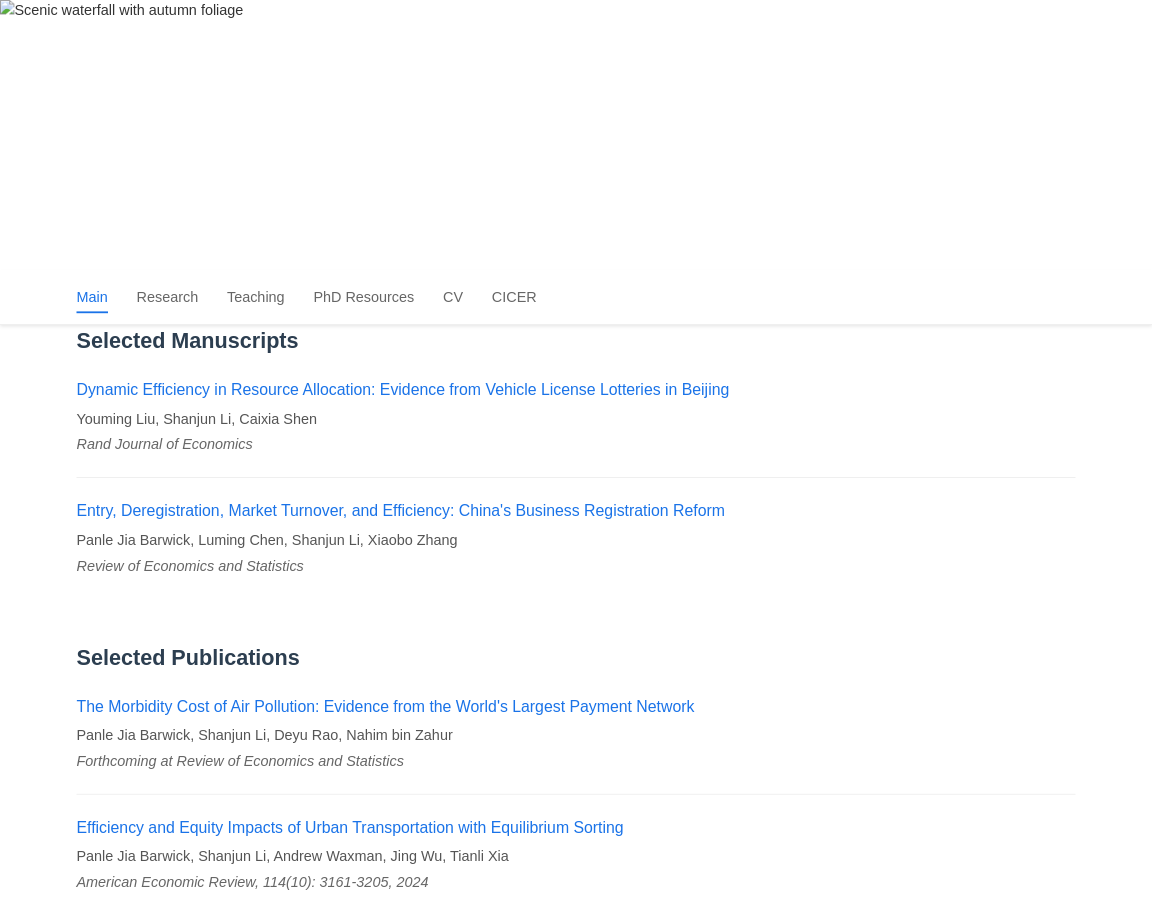
Repository: huang-heavenly-Emperor/k1_project
Page: index.html
An editor plug-in stored every save of this project. The page is shown before and after the next save, followed by the edit.
The browser window is 1280 px wide. The pictures show the whole page, at 90% of full size.

Above is the page before, as saved 2024-11-17 02:46:48.
Not found: waterfall.jpg

After the next save:
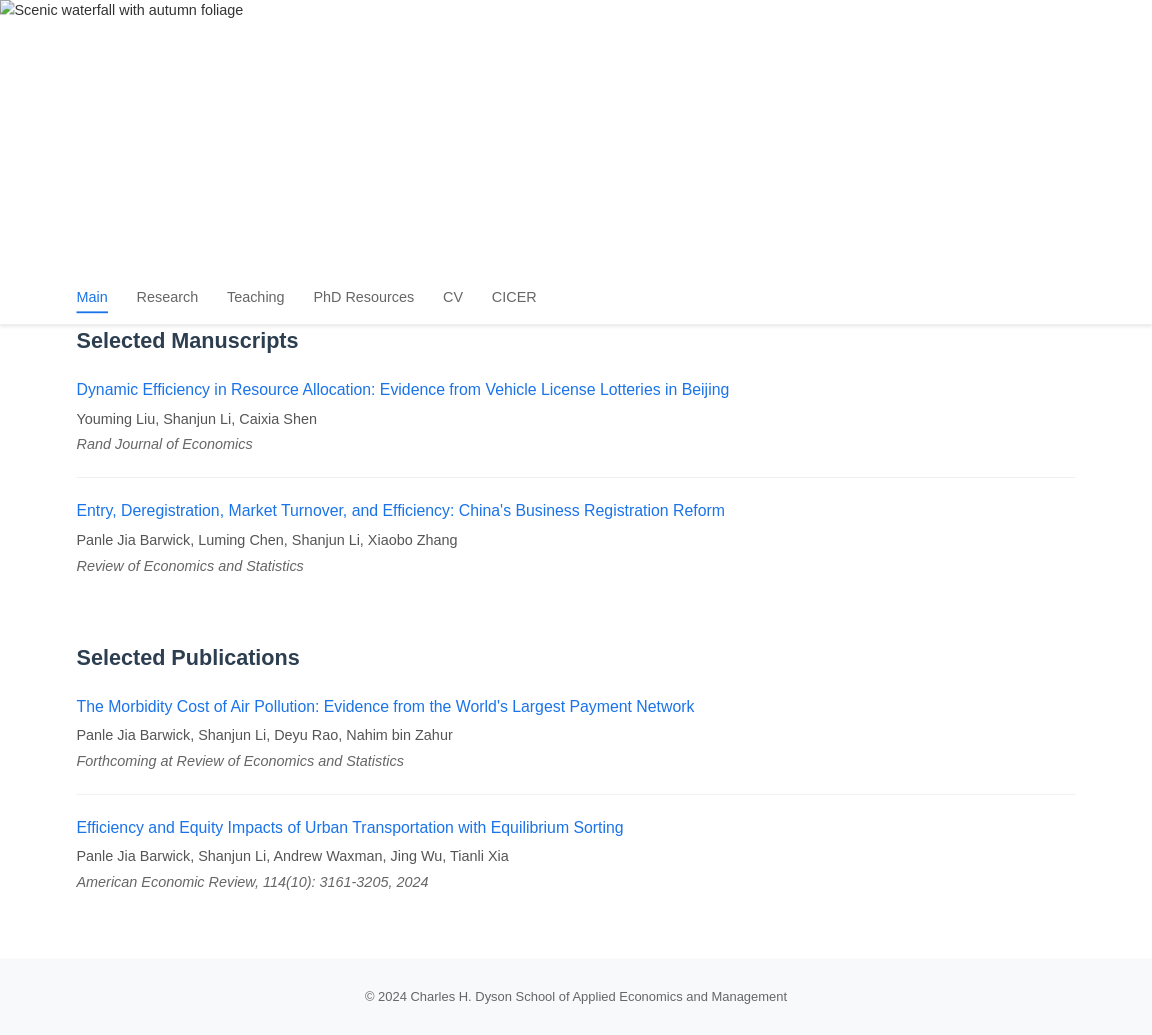
Saved 4 s later.
--- a/index.html
+++ b/index.html
@@ -59,3 +59,11 @@
             </ul>
         </section>
     </main>
+
+    <footer>
+        <div class="container">
+            <p>© 2024 Charles H. Dyson School of Applied Economics and Management</p>
+        </div>
+    </footer>
+</body>
+</html>
